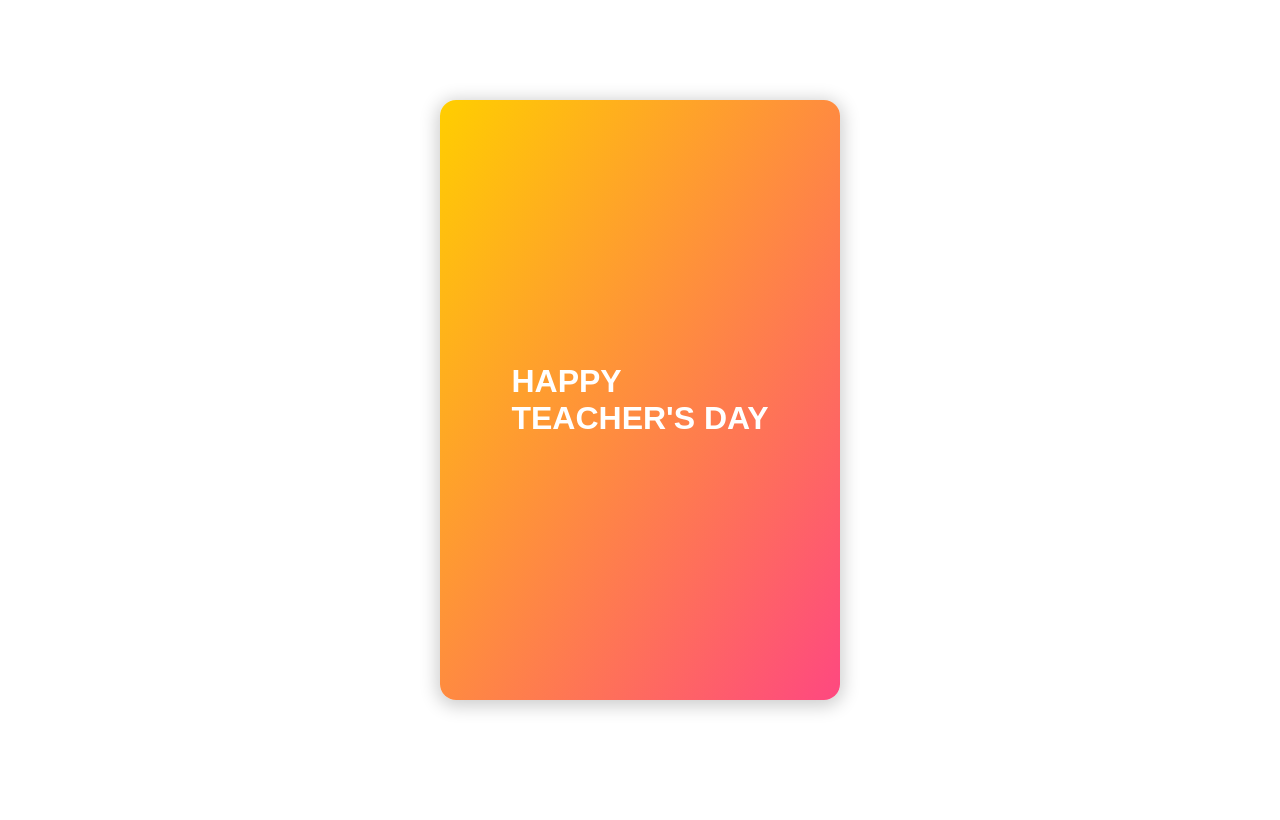
Repository: maixuanhieu/giftcard
Page: index.html
The author's editor kept a copy of each file at every save. The page is drawn from the files as they stood at one save, then again after a run of saves.
The browser window is 1280 px wide. The pictures show the whole page.
The style sheet was rebuilt from its Sass, Less or Tailwind sources for each picture, by a compiler version that may differ from the author's.

Above is the page before, as saved 2021-11-17 19:31:00.

After the next 3 saves:
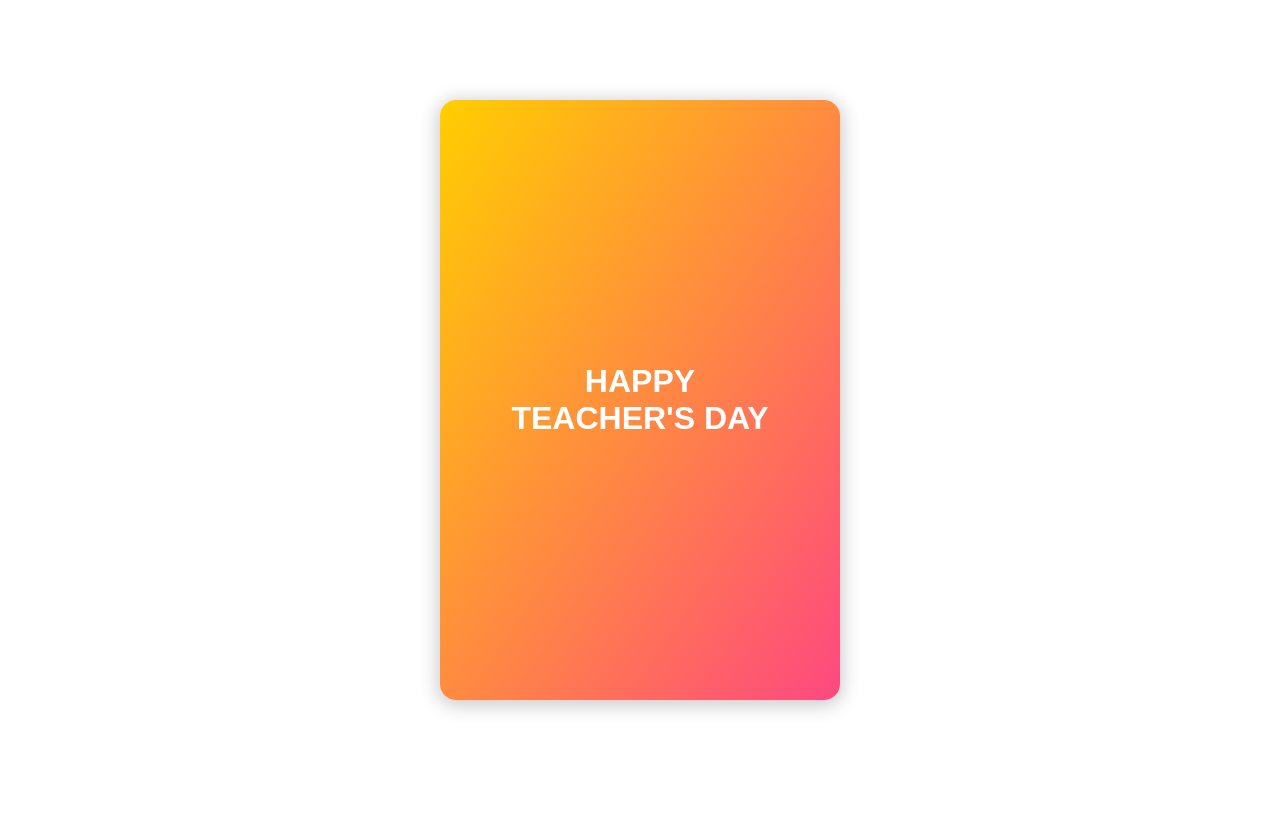
The 3 saves are shown as one change because they came seconds apart.
The last was saved 12 s later.
--- a/index.html
+++ b/index.html
@@ -13,7 +13,7 @@
    <div class="card">
        <div class="card__inner">
            <div class="card__face card__face--front">
-            <h2>HAPPY <br> TEACHER'S DAY</h2>
+            <h2 style="text-align: center;">HAPPY <br> TEACHER'S DAY</h2>
            </div>
            <div class="card__face card__face--back">
             <div class="card__content">
